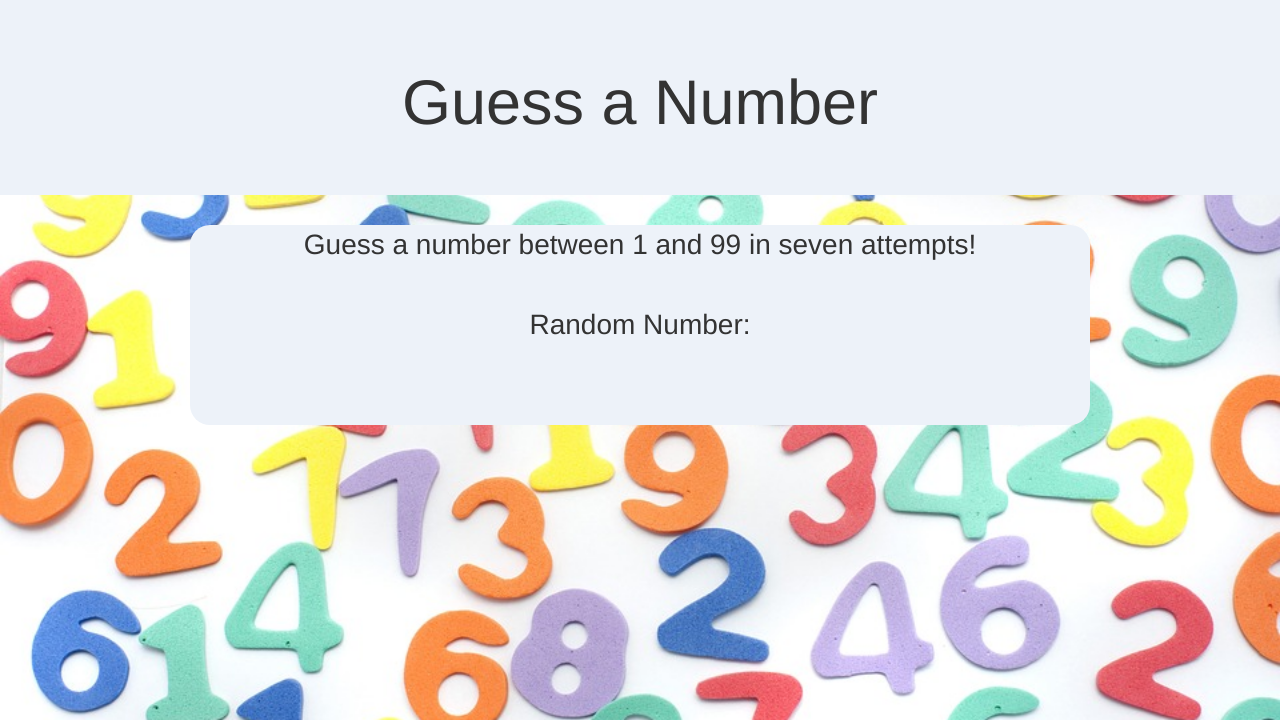
Repository: dereki16/lab3.1
Page: labs/lab1/index.html
The author's editor kept a record of every edit. The page is drawn from the files as they stood at one moment, then again after the next edit.
The browser window is 1280 px wide. The pictures show the whole page.

Above is the page before.

After the next edit:
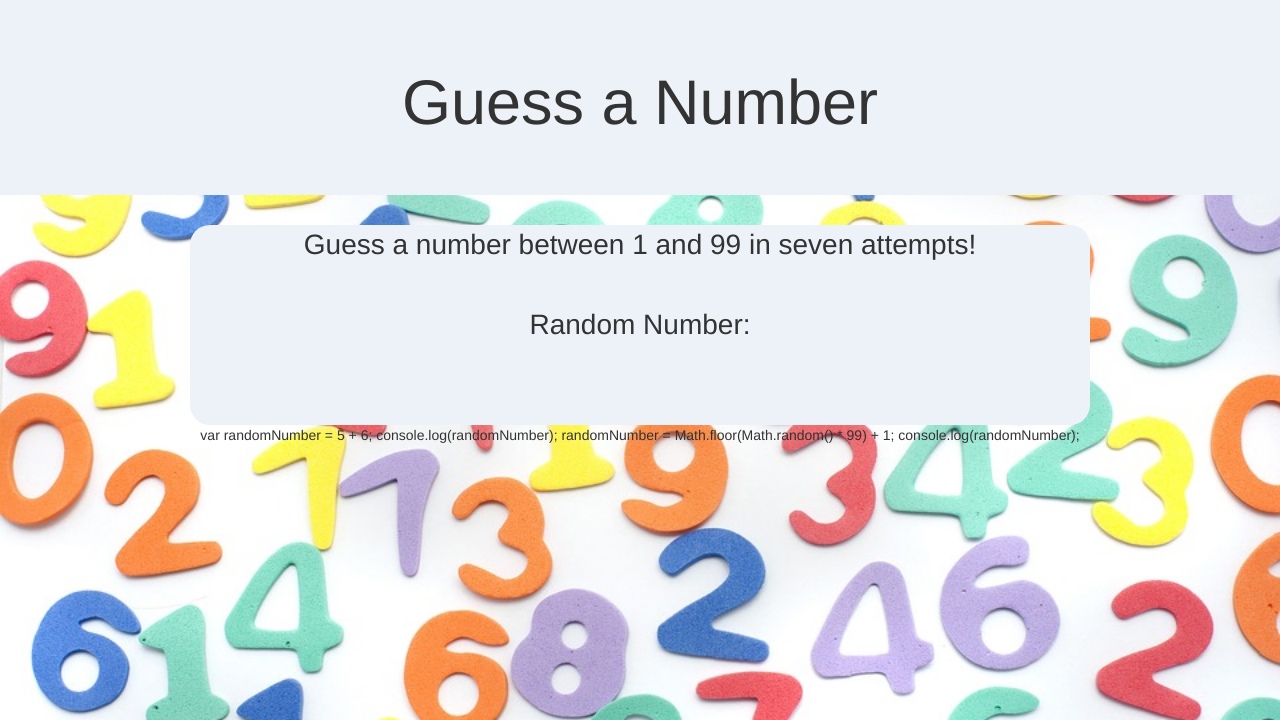
The edit:
--- a/labs/lab1/index.html
+++ b/labs/lab1/index.html
@@ -25,6 +25,16 @@
             Random Number: <span id="numberToGuess"></span>
         </div>
 
+    <scipt>
+
+        var randomNumber = 5 + 6;
+        console.log(randomNumber);
+
+        randomNumber = Math.floor(Math.random() * 99) + 1;
+        console.log(randomNumber);
+
+    </scipt>
+
 
     </body>
 
